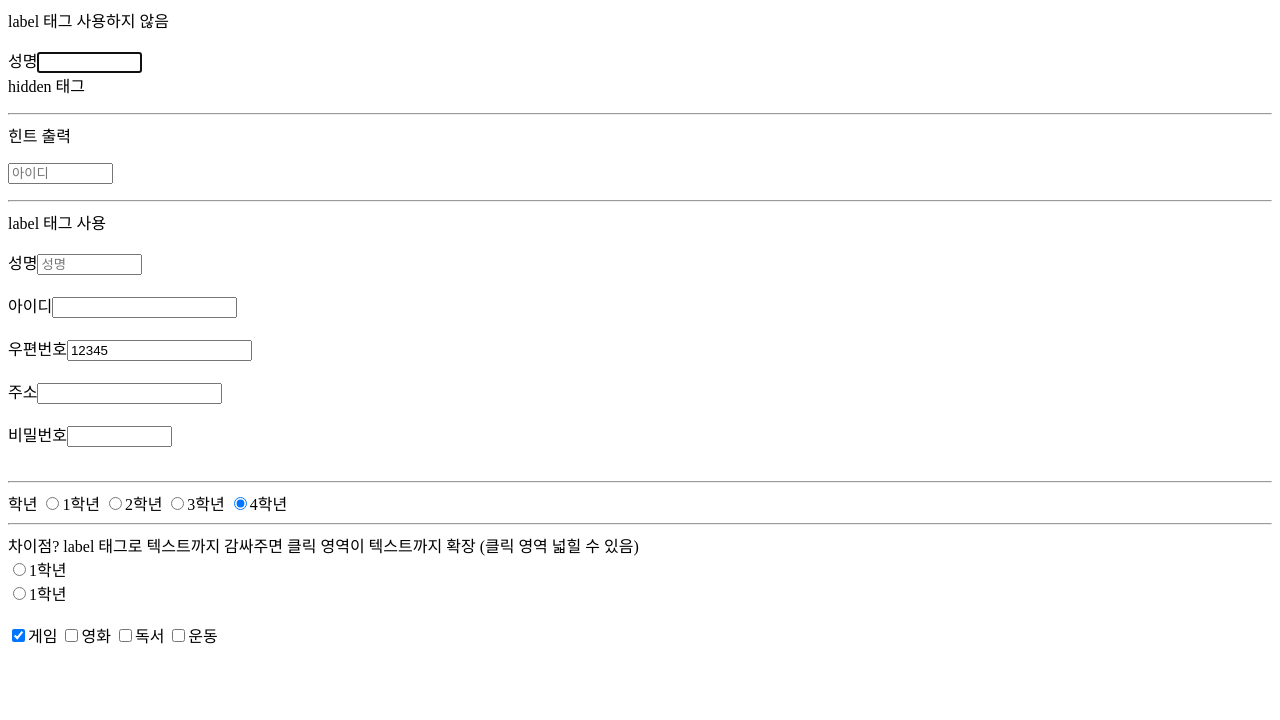
Repository: roditee/Frontend_ex
Page: HTML01/src/main/webapp/form.html
The author's editor kept a copy of each file at every save. The page is drawn from the files as they stood at one save, then again after the next save.
The browser window is 1280 px wide. The pictures show the whole page.

Above is the page before, as saved 2021-12-02 08:22:19.

### HTML01/src/main/webapp/form.html
<!DOCTYPE html>
<html>
	<head>
		<meta charset="UTF-8">
		<title>입력 양식 태그 : form 태그</title>
	</head>
	<body>
		<form method="post" action="newMember.jsp">
			label 태그 사용하지 않음<p>
			성명<input type="text" id="name" name="name" size="10" autofocus><br>

			hidden 태그
			<input type="text" id="prdNo" hidden>
			<hr>

			힌트 출력<p>
			<input type="text" name="id" size="10" placeholder="아이디"><br>
			<hr>

			label 태그 사용<p>
			<label>성명<input type="text" name="name2" size="10" placeholder="성명"></label><br><br>
			<label>아이디<input type="id" name="name2" maxlength="8"></label><br><br>
			<label>우편번호<input type="text" name="zipcode" value="12345" readonly></label><br><br>
			<label>주소<input type="text" name="address" required></label><br><br>
			<label>비밀번호<input type="password" name="passwd" size="10"></label><br><br>
			<hr>

			학년
			<label><input type="radio" name="year" value="1">1학년</label>
			<label><input type="radio" name="year" value="2">2학년</label>
			<label><input type="radio" name="year" value="3">3학년</label>
			<label><input type="radio" name="year" value="4" checked>4학년</label>
			<hr>

			차이점? label 태그로 텍스트까지 감싸주면 클릭 영역이 텍스트까지 확장 (클릭 영역 넓힐 수 있음)<br>
			<input type="radio" name="year" value="1">1학년<br>
			<label><input type="radio" name="year" value="1">1학년</label><br><br>

			<label><input type="checkbox" name="hobby" value="게임" checked>게임</label>
			<label><input type="checkbox" name="hobby" value="영화">영화</label>
			<label><input type="checkbox" name="hobby" value="독서">독서</label>
			<label><input type="checkbox" name="hobby" value="운동">운동</label>

		</form>
	</body>
</html>

After the next save:
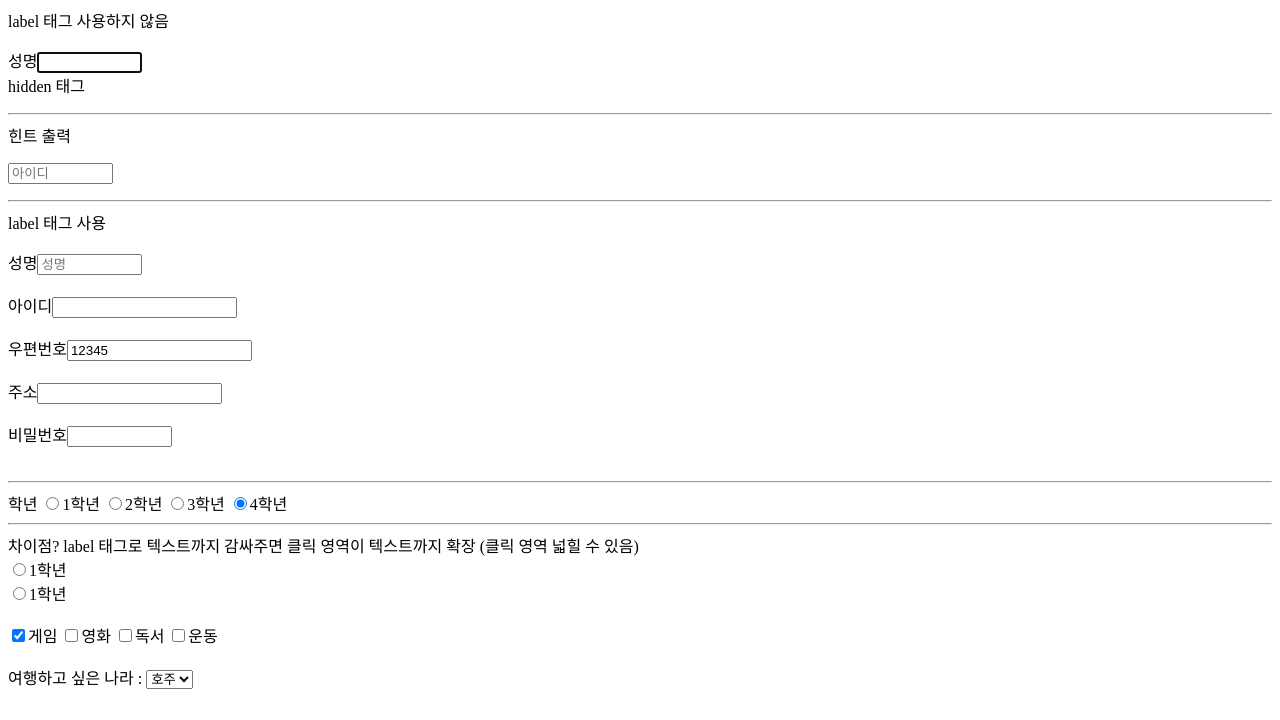
Saved 3 min 24 s later.
--- a/HTML01/src/main/webapp/form.html
+++ b/HTML01/src/main/webapp/form.html
@@ -39,8 +39,14 @@
 			<label><input type="checkbox" name="hobby" value="게임" checked>게임</label>
 			<label><input type="checkbox" name="hobby" value="영화">영화</label>
 			<label><input type="checkbox" name="hobby" value="독서">독서</label>
-			<label><input type="checkbox" name="hobby" value="운동">운동</label>
+			<label><input type="checkbox" name="hobby" value="운동">운동</label><br><br>
 
+			여행하고 싶은 나라 :
+			<select name="nation">
+				<option value="미국">미국</option>
+				<option value="중국">중국</option>
+				<option value="호주" selected>호주</option>
+			</select>
 		</form>
 	</body>
 </html>
